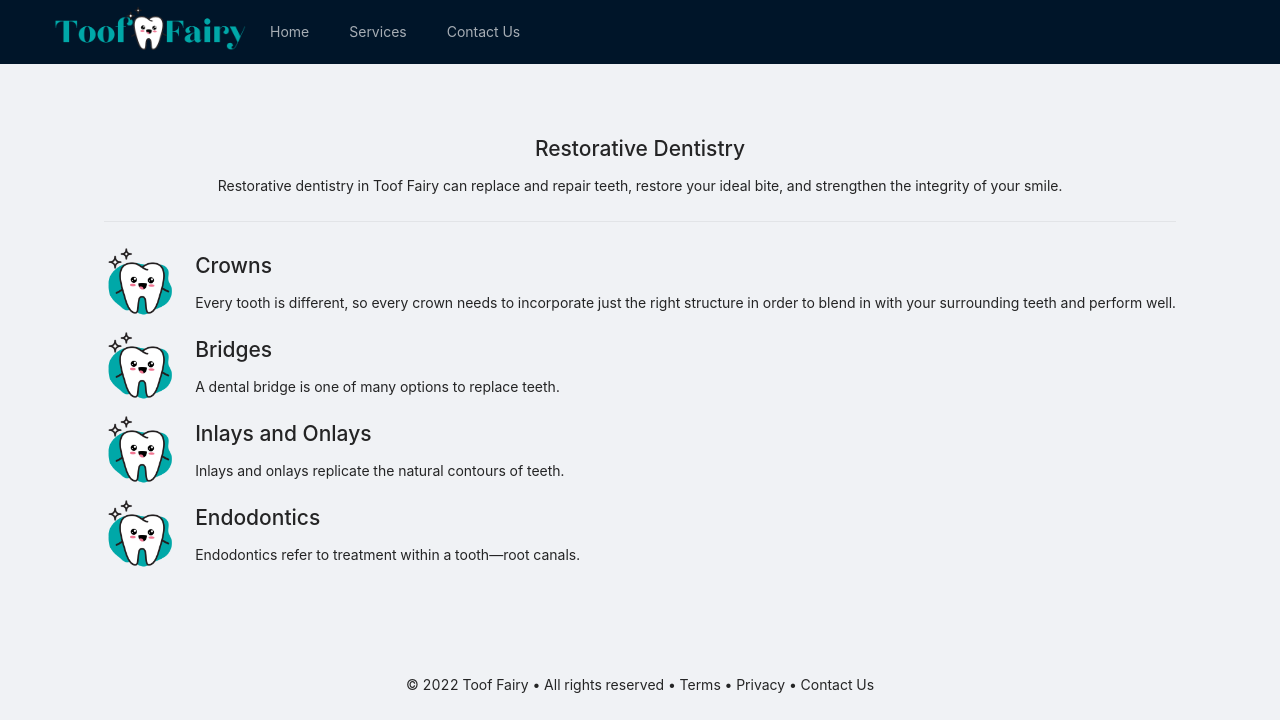
Repository: neldad1/dentist-app
Page: /restorative
An editor plug-in stored every save of this project. The page is shown before and after the next save, followed by the edit.
The browser window is 1280 px wide. The pictures show the whole page.
The project was rebuilt for these pictures with package versions that can differ from the ones it lists, and the page was loaded fresh each time. Also part of the build but not shown: src/components/Home.jsx, src/components/Contact.jsx, src/components/Services/Cosmetic.jsx, src/components/Services/Preventative.jsx.

Above is the page before, as saved 2022-03-09 22:25:24.

### public/index.html
<!DOCTYPE html>
<html lang="en">
  <head>
    <meta charset="utf-8" />
    <link rel="ico" href="%PUBLIC_URL%/tfLogo512.svg" />
    <meta name="viewport" content="width=device-width, initial-scale=1" />
    <meta name="theme-color" content="#000000" />
    <meta
      name="description"
      content="Web site created using create-react-app"
    />
    <link rel="apple-touch-icon" href="%PUBLIC_URL%/tfLogo192.png" />
    <!--
      manifest.json provides metadata used when your web app is installed on a
      user's mobile device or desktop. See https://developers.google.com/web/fundamentals/web-app-manifest/
    -->
    <link rel="manifest" href="%PUBLIC_URL%/manifest.json" />
    <!--
      Notice the use of %PUBLIC_URL% in the tags above.
      It will be replaced with the URL of the `public` folder during the build.
      Only files inside the `public` folder can be referenced from the HTML.

      Unlike "/favicon.ico" or "favicon.ico", "%PUBLIC_URL%/favicon.ico" will
      work correctly both with client-side routing and a non-root public URL.
      Learn how to configure a non-root public URL by running `npm run build`.
    -->
    <title>Toof Fairy</title>
  </head>
  <body>
    <noscript>You need to enable JavaScript to run this app.</noscript>
    <div id="root"></div>
    <!--
      This HTML file is a template.
      If you open it directly in the browser, you will see an empty page.

      You can add webfonts, meta tags, or analytics to this file.
      The build step will place the bundled scripts into the <body> tag.

      To begin the development, run `npm start` or `yarn start`.
      To create a production bundle, use `npm run build` or `yarn build`.
    -->
  </body>
</html>

### src/App.js
import { BrowserRouter } from 'react-router-dom';
import './App.css';
import 'antd/dist/antd.min.css';
import Navigation from './components/Router/Navigation';
import AppRoutes from './components/Router/AppRoutes';
import { Layout } from 'antd';
import HeaderLogo from './components/HeaderLogo';
const { Header, Footer, Content } = Layout;

function App() {
  return (
    <Layout className="layout">
      <BrowserRouter>
        <Header>
          <HeaderLogo />
          <Navigation />
        </Header>
        <Content className="content">
          <AppRoutes />
        </Content>
      </BrowserRouter>
      <Footer className="footer">
        © 2022 Toof Fairy • All rights reserved • Terms • Privacy • Contact Us
      </Footer>
    </Layout>
  );
}

export default App;

### src/App.css
.layout {
  height: 100vh;
  width: 100vw;
  text-align: center;
}

.navigation {
  background-color: inherit;;
}

.logo {
  width: 200px;
  height: 50px;
  float: left;
  margin-top: 4px;
}

.footer {
  color: white;
}

.content, .home {
  display: flex;
  flex-direction: column;
  align-items: center;
  justify-content: center;
}

.intro-wrapper {
  text-align: center;
}

.home {
  width: 100%;
  height: 100%;
  background-image: url('/public/cropped.jpg');
  background-size: cover;
  background-repeat: no-repeat;
}

.content-wrapper {
  width: 50%;
  font-family: 'Segoe UI', sans-serif;
  margin-left: 10em;
  color: whitesmoke;
  display: block;
}
.tagline1 {
  font-weight: bolder;
  font-size: 2em;
  margin: 0;
  line-height: 1;
}

.contact-form {
  text-align: left;
}

.service-info {
  display: flex;
  text-align: left;
  margin-bottom: 1em;
  align-items: center;
}

.service-definition {
  margin-left: 1.5em;
}

### src/components/Router/Navigation.jsx
import { Link } from 'react-router-dom';
import { Menu } from 'antd';
const { SubMenu } = Menu;

const Navigation = () => {
  return (
    <Menu mode="horizontal" theme="dark">
      <Menu.Item key="home">
        <span>Home</span>
        <Link to="/" />
      </Menu.Item>
      <SubMenu key="subMenu" title="Services">
        <Menu.Item key="cosmetic">
          <span>Cosmetic</span>
          <Link to="/cosmetic" />
        </Menu.Item>
        <Menu.Item key="restore">
          <span>Restorative</span>
          <Link to="/restorative" />
        </Menu.Item>
        <Menu.Item key="prevent">
          <span>Preventative</span>
          <Link to="/preventative" />
        </Menu.Item>
      </SubMenu>
      <Menu.Item key="contact">
        <span>Contact Us</span>
        <Link to="/contact" />
      </Menu.Item>
    </Menu>
  );
};

export default Navigation;

### src/components/Router/AppRoutes.jsx
import { Route, Routes } from 'react-router-dom';
import Home from '../Home';
import Contact from '../Contact';
import Cosmetic from '../Services/Cosmetic';
import Restorative from '../Services/Restorative';
import Preventative from '../Services/Preventative';

const AppRoutes = () => {
  return (
    <Routes>
      <Route exact path="/" element={<Home />} />
      <Route path="/cosmetic" element={<Cosmetic />} />
      <Route path="/restorative" element={<Restorative />} />
      <Route path="/preventative" element={<Preventative />} />
      <Route path="/contact" element={<Contact />} />
    </Routes>
  );
};

export default AppRoutes;

### src/components/HeaderLogo.jsx
import { Link } from 'react-router-dom';

const HeaderLogo = () => {
  return (
    <Link to="/">
      <img className="logo" src={require('../tfLogo.png')} alt="TF" />
    </Link>
  );
};

export default HeaderLogo;

### src/components/Services/Restorative.jsx
import { Divider } from 'antd';
import ToofImg from './ToofImg';

const Restorative = () => {
  return (
    <div>
      <div>
        <h1>Restorative Dentistry</h1>
        <p>
          Restorative dentistry in Toof Fairy can replace and repair teeth,
          restore your ideal bite, and strengthen the integrity of your smile.
        </p>
      </div>
      <Divider />
      <div className="service-info">
        <ToofImg />
        <div className="service-definition">
          <h2>Crowns</h2>
          <span>
            Every tooth is different, so every crown needs to incorporate just
            the right structure in order to blend in with your surrounding teeth
            and perform well.
          </span>
        </div>
      </div>
      <div className="service-info">
        <ToofImg />
        <div className="service-definition">
          <h2>Bridges</h2>
          <span>A dental bridge is one of many options to replace teeth.</span>
        </div>
      </div>
      <div className="service-info">
        <ToofImg />
        <div className="service-definition">
          <h2>Inlays and Onlays</h2>
          <span>
            Inlays and onlays replicate the natural contours of teeth.
          </span>
        </div>
      </div>
      <div className="service-info">
        <ToofImg />
        <div className="service-definition">
          <h2>Endodontics</h2>
          <span>
            Endodontics refer to treatment within a tooth—root canals.
          </span>
        </div>
      </div>
    </div>
  );
};

export default Restorative;

### src/components/Services/ToofImg.jsx
import { Image } from 'antd';

const ToofImg = () => {
  return (
    <div>
      <Image
        width={70}
        preview={false}
        src={require('../../toof.png')}
        alt="toof"
      />
    </div>
  );
};

export default ToofImg;

Loaded but not shown: src/index.js (common file); src/index.css (common file); src/reportWebVitals.js (common file)

After the next save:
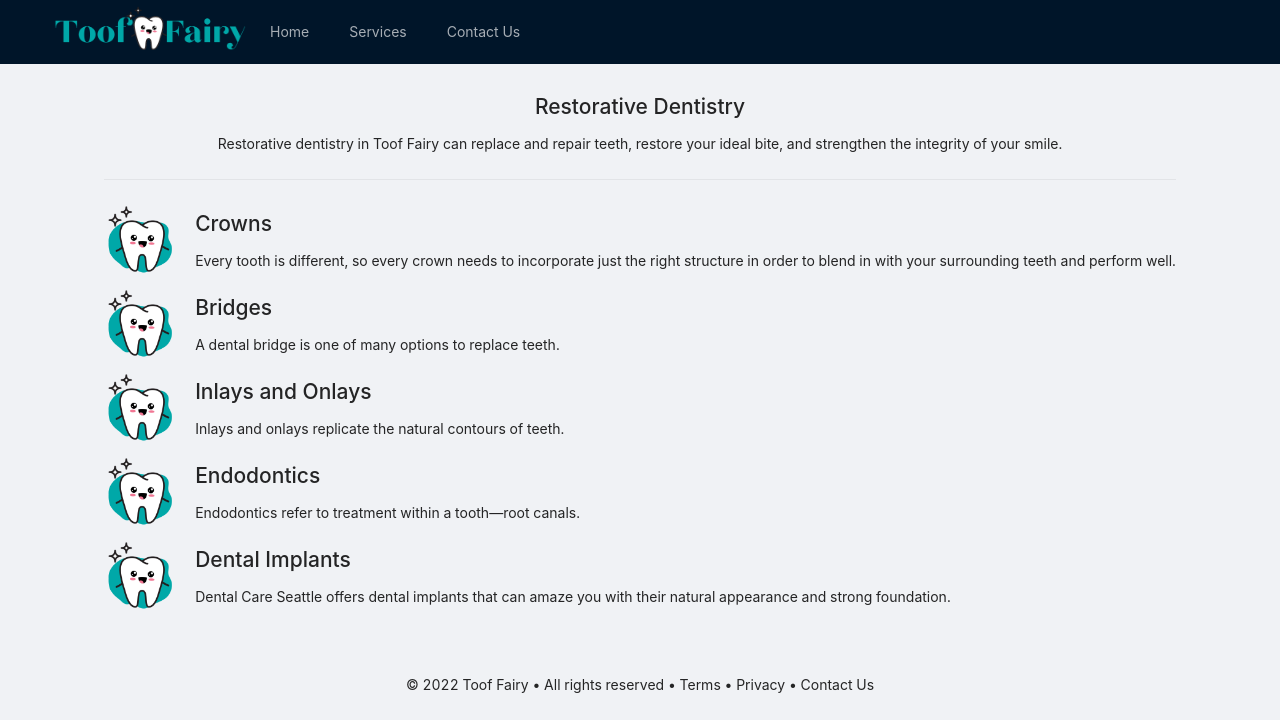
Saved 50 s later.
--- a/src/components/Services/Restorative.jsx
+++ b/src/components/Services/Restorative.jsx
@@ -48,6 +48,16 @@ const Restorative = () => {
           </span>
         </div>
       </div>
+      <div className="service-info">
+        <ToofImg />
+        <div className="service-definition">
+          <h2>Dental Implants</h2>
+          <span>
+            Dental Care Seattle offers dental implants that can amaze you with
+            their natural appearance and strong foundation.
+          </span>
+        </div>
+      </div>
     </div>
   );
 };
